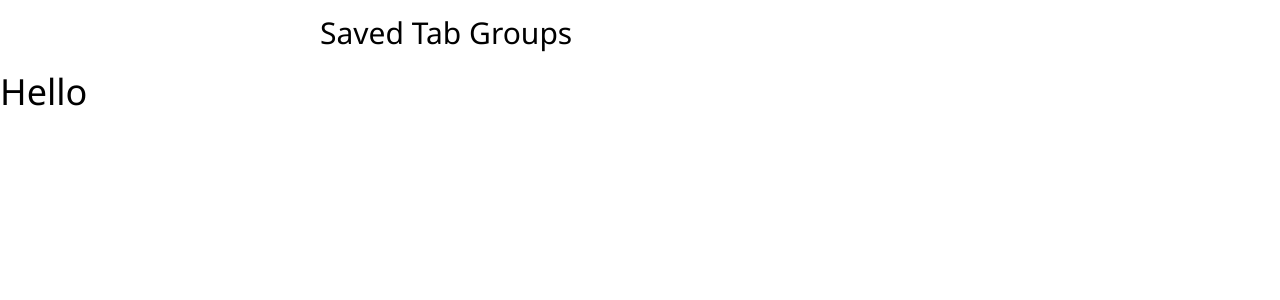
Repository: pixman92/GitTab
Page: background.html
These files come from the project's save history. The page is drawn as it stood at one moment and after the next save; the edit follows.
The browser window is 1280 px wide. The pictures show the whole page.

Above is the page before, as saved 2020-02-13 21:30:27.
Console error: SyntaxError: Unexpected token '.'

After the next save:
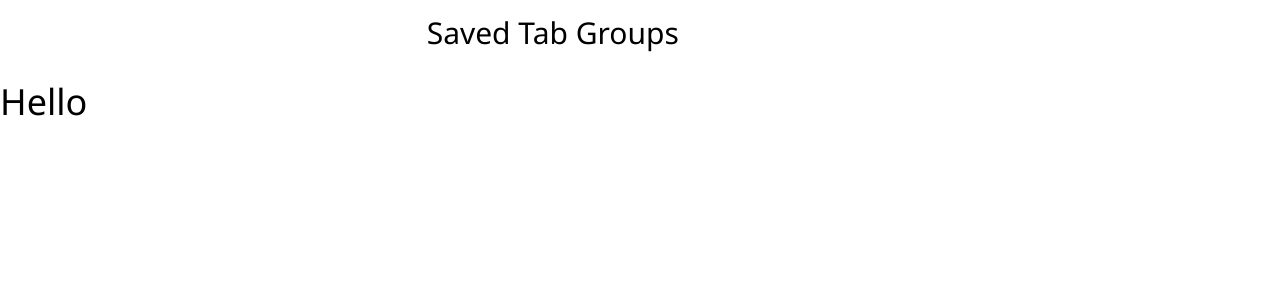
Saved 2 min 59 s later.
--- a/background.html
+++ b/background.html
@@ -26,8 +26,13 @@
 
 </head>
 <body>
-    <div class="center">
-        <h2>Saved Tab Groups</h2>
+    <div class="pure-g">
+        <div class="pure-u-1-3"></div>
+        <div class="pure-u-1-3">
+            <h2>Saved Tab Groups</h2>
+        </div>
+        <div class="pure-u-1-3"></div>
+
     </div>
 
     <h1 id='hello'>Hello</h1>
